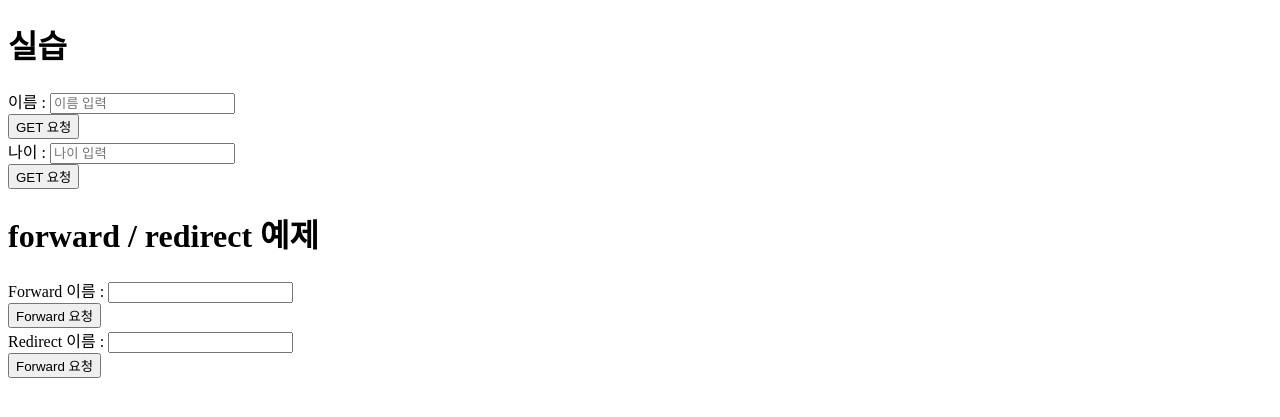
Repository: bjy5656/jsp
Page: http://localhost/day02_task/
An editor plug-in stored every save of this project. The page is shown before and after the next save, followed by the edit.
The browser window is 1280 px wide. The pictures show the whole page.
The page is served by Tomcat 9. Other server files are loaded and not shown.

Above is the page before, as saved 2025-08-08 09:09:32.

### day02_task/src/main/webapp/index.jsp
<%@ page language="java" contentType="text/html; charset=UTF-8"
    pageEncoding="UTF-8"%>
<!DOCTYPE html>
<html>
<head>
<meta charset="UTF-8">
<title>Insert title here</title>
</head>
<body>
	<h1>실습</h1>

   <form action="forward" method="get">
      <label for="name">이름 : </label>
      <input type="text" id="name" name="userName" placeholder="이름 입력"></br>
      <button type="submit">GET 요청</button>
   </form>

   <form action="forward" method="get">
      <label for="age">나이 : </label>
      <input type="text" id="age" name="userAge" placeholder="나이 입력"></br>
      <button type="submit">GET 요청</button>
   </form>



   <h1>forward / redirect 예제</h1>
   <form action="forwardHandler" method="post">
   	<label for="forwardName">Forward 이름 : </label>
   	<input type="text" id="forwardName" name="forwardName"><br>
   	<button type="submit">Forward 요청</button>
   </form>

   <form action="redirectHandler" method="post">
   	<label for="RedirectName">Redirect 이름 : </label>
   	<input type="text" id="RedirectName" name="RedirectName"><br>
   	<button type="submit">Forward 요청</button>
   </form>


</body>
</html>

After the next save:
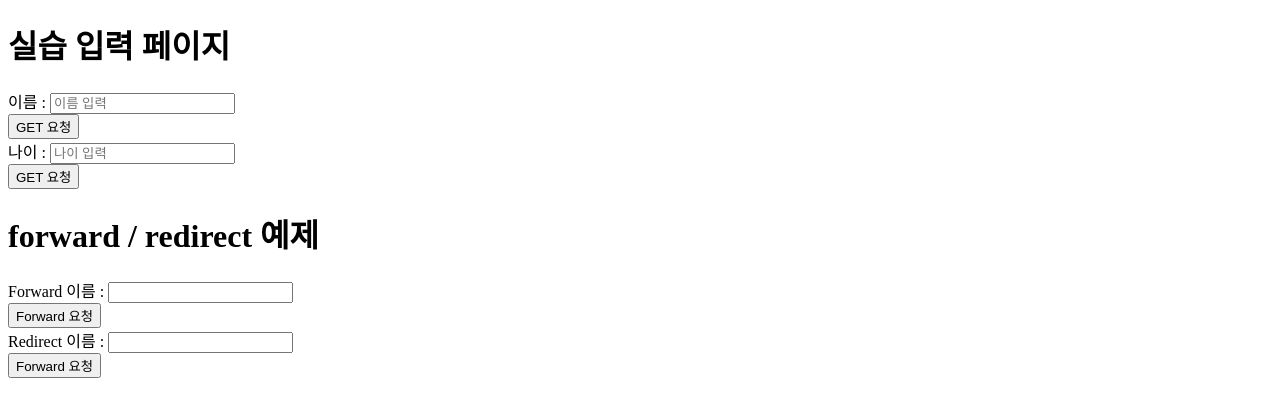
Saved 54 s later.
--- a/day02_task/src/main/webapp/index.jsp
+++ b/day02_task/src/main/webapp/index.jsp
@@ -7,7 +7,7 @@
 <title>Insert title here</title>
 </head>
 <body>
-	<h1>실습</h1>
+	<h1>실습 입력 페이지</h1>
 
    <form action="forward" method="get">
       <label for="name">이름 : </label>
